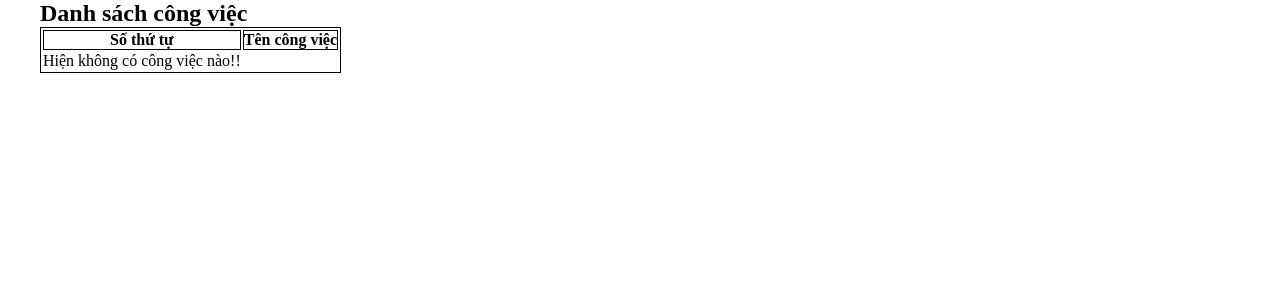
Repository: OkazakiTruong/searchReact
Page: /
An editor plug-in stored every save of this project. The page is shown before and after the next save, followed by the edit.
The browser window is 1280 px wide. The pictures show the whole page.
The page's requests for data from a server got no answer. The project was rebuilt for these pictures with package versions that can differ from the ones it lists, and the page was loaded fresh each time. No one was signed in, and anything a server would have sent is missing. Also part of the build but not shown: vite.config.js.

Above is the page before, as saved 2024-01-11 13:44:29.

After the next save:
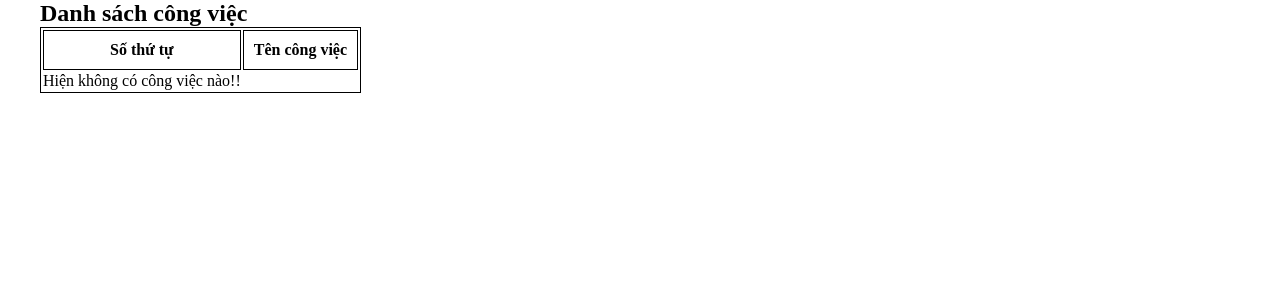
Saved 16 s later.
--- a/src/SearchApp/Todo/listTodo.css
+++ b/src/SearchApp/Todo/listTodo.css
@@ -3,3 +3,7 @@ th,
 td {
   border: 1px solid;
 }
+th,
+tr {
+  padding: 10px;
+}
